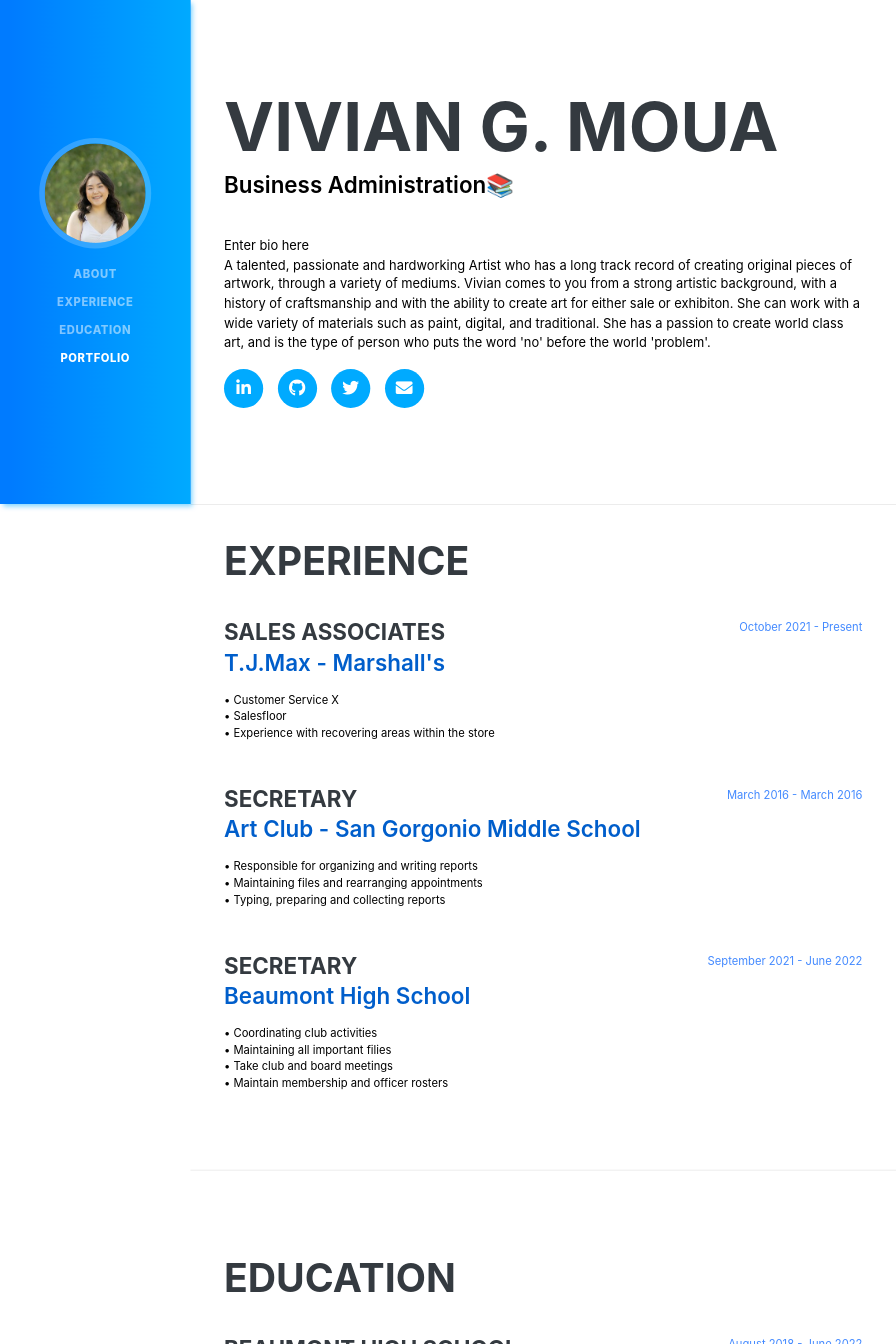
Repository: vmoua1129/vmoua1129-Resume
Page: LearnCS8-Resume/index.html
The author's editor kept a record of every edit. The page is drawn from the files as they stood at one moment, then again after the next edit.
The browser window is 1280 px wide. The pictures show the part of the page from y = 0 to 1920 px (the page is 3324 px tall), at 70% of full size.
Some web fonts or font styles are not loaded; a fallback is used.

Above is the page before.

### LearnCS8-Resume/index.html
<!DOCTYPE html>
<html lang="en">

<head>

  <meta charset='UTF-8'>
  <meta name="viewport" content="width=device-width, initial-scale=1, shrink-to-fit=no">
  <link rel="shortcut icon" href="img/favicon.ico">
  <meta name="description" content="Hello! My name is Vivian G. Moua, I am a First-Year Student at UC Riverside">
  <meta name="author" content="862365976">

  <title>Vivian G. Moua - Art</title>

  <!-- Bootstrap core CSS -->
  <link href="vendor/bootstrap/css/bootstrap.min.css" rel="stylesheet">

  <!-- Custom fonts for this template -->
  <link href="https://fonts.googleapis.com/css?family=Saira+Extra+Condensed:500,700" rel="stylesheet">
  <link href="https://fonts.googleapis.com/css?family=Muli:400,400i,800,800i" rel="stylesheet">
  <link href="vendor/fontawesome-free/css/all.min.css" rel="stylesheet">

  <!-- Custom styles for this template -->
  <link href="css/resume.min.css" rel="stylesheet">

</head>

<body id="page-top">
  <nav class="navbar navbar-expand-lg navbar-dark bg-primary fixed-top" id="sideNav">
    <a class="navbar-brand js-scroll-trigger" href="#page-top">
      <span class="d-block d-lg-none">John Doe</span>
      <span class="d-none d-lg-block">
        <img class="img-fluid img-profile rounded-circle mx-auto mb-2" src="img/VivianMoua.jpg.jpg" alt="Profile Picture">
      </span>
    </a>
    <button class="navbar-toggler" type="button" data-toggle="collapse" data-target="#navbarSupportedContent" aria-controls="navbarSupportedContent" aria-expanded="false" aria-label="Toggle navigation">
      <span class="navbar-toggler-icon"></span>
    </button>
    <div class="collapse navbar-collapse" id="navbarSupportedContent">
      <ul class="navbar-nav">
        <li class="nav-item">
          <a class="nav-link js-scroll-trigger" href="#about">About</a>
        </li>
        <li class="nav-item">
          <a class="nav-link js-scroll-trigger" href="#experience">Experience</a>
        </li>
        <li class="nav-item">
          <a class="nav-link js-scroll-trigger" href="#education">Education</a>
        </li>
        <li class="nav-item">
          <a class="nav-link js-scroll-trigger" href="#portfolio">Portfolio</a>
        </li>
      </ul>
    </div>
  </div>
  </nav>

  <div class="container-fluid p-0">

    <section class="resume-section p-3 p-lg-5 d-flex align-items-center" id="about">
      <div class="w-100">
        <h1 class="mb-3">Vivian G. Moua
        </h1>
        <div class="subheading mb-5">Business Administration📚</div>
        <p class="lead mb-4">Enter bio here<br>A talented, passionate and hardworking Artist who has a long track record of creating original pieces of artwork, through a variety of mediums. Vivian comes to you from a strong artistic background, with a history of craftsmanship and with the ability to create art for either sale or exhibiton. She can work with a wide variety of materials such as paint, digital, and traditional. She has a passion to create world class art, and is the type of person who puts the word 'no' before the world 'problem'.<br>

        </p>
        <div class="social-icons">
          <a target="_blank" id="socialicon-1" href="https://www.instagram.com/">
            <i class="fab fa-linkedin-in"></i>
          </a>
          <a target="_blank" id="socialicon-2" href="https://github.com/vmoua1129/vmoua1129-Resume">
            <i class="fab fa-github"></i>
          </a>
          <a target="_blank" id="socialicon-3" href="https://twitter.com">
            <i class="fab fa-twitter"></i>
          </a>
          <a target="_blank" id="socialicon-4" href="https://www.youtube.com/">
            <i class="fa fa-envelope"></i>
          </a>
        </div>
      </div>
    </section>

    <hr class="m-0">

    <section class="resume-section p-3 p-lg-5 d-flex justify-content-center" id="experience">
      <div class="w-100">
        <h2 class="mb-5">Experience</h2>

        <div class="resume-item d-flex flex-column flex-md-row justify-content-between mb-5 experience">
          <div class="resume-content">
            <h3 class="mb-0">Sales Associates</h3>
            <div class="subheading mb-3"><a target="_blank" href="https://www.marshalls.com/us/store/index.jsp">T.J.Max - Marshall's</a></div>
            <p>
              • Customer Service X<br>
              • Salesfloor<br>
              • Experience with recovering areas within the store<br>
            </p>
          </div>
          <div class="resume-date text-md-right">
            <span class="text-primary">October 2021 - Present</span>
          </div>
        </div>

        <div class="resume-item d-flex flex-column flex-md-row justify-content-between mb-5 experience">
          <div class="resume-content">
            <h3 class="mb-0">Secretary</h3>
            <div class="subheading mb-3"><a target="_blank" href="https://sgms.beaumontusd.us/">Art Club - San Gorgonio Middle School</a></div>
            <p>
              • Responsible for organizing and writing reports<br>
              • Maintaining files and rearranging appointments<br>
              • Typing, preparing and collecting reports<br>
            </p>
          </div>
          <div class="resume-date text-md-right">
            <span class="text-primary">March 2016 - March 2016</span>
          </div>
        </div>


        <div class="resume-item d-flex flex-column flex-md-row justify-content-between mb-5 experience">
          <div class="resume-content">
            <h3 class="mb-0">Secretary</h3>
            <div class="subheading mb-3"><a target="_blank" href="https://bhs.beaumontusd.us/">Beaumont High School</a></div>
            <p>
            • Coordinating club activities<br>
            • Maintaining all important filies<br>
            • Take club and board meetings<br>
            • Maintain membership and officer rosters<br>

          </p>
          </div>
          <div class="resume-date text-md-right">
            <span class="text-primary">September 2021 - June 2022</span>
          </div>
        </div>



      </div>

    </section>

    <hr class="m-0">

    <section class="resume-section p-3 p-lg-5 d-flex align-items-center" id="education">
      <div class="w-100">
        <h2 class="mb-5">Education</h2>

        <div class="resume-item d-flex flex-column flex-md-row justify-content-between mb-5 education">
          <div class="resume-content">
            <h3 class="mb-0">Beaumont High School</h3>
            <div class="subheading mb-3">Secondary Diploma</div>
          </div>
          <div class="resume-date text-md-right">
            <span class="text-primary">August 2018 - June 2022</span>
          </div>
        </div>

        <div class="resume-item d-flex flex-column flex-md-row justify-content-between mb-5 education">
          <div class="resume-content">
            <h3 class="mb-0">University of California Riverside</h3>
            <div class="subheading mb-3">Art Major</div>
            <div>Animation & Cerramics</div>
          </div>
          <div class="resume-date text-md-right">
            <span class="text-primary">September 2022 - Present</span>
          </div>

      </div>
    </section>

    <hr class="m-0">

    <section class="resume-section p-1 p-lg-5 d-flex align-items-center" id="portfolio">
      <div class="w-100">
        <h2 class="mb-5">Portfolio</h1>
        <center>
            <img src="img/image1.jpeg" width="500px">
            <img src="img/image2.jpeg" width="500px"><br>
        </center>
      </div>
    </section>

    <hr class="m-0">
    <center>&copy; <script type="text/javascript">
  document.write(new Date().getFullYear());
  </script> Vivian G. Moua</center><br>
  </div>
  <!-- Bootstrap core JavaScript -->
  <script src="vendor/jquery/jquery.min.js"></script>
  <script src="vendor/bootstrap/js/bootstrap.bundle.min.js"></script>

  <!-- Plugin JavaScript -->
  <script src="vendor/jquery-easing/jquery.easing.min.js"></script>

  <!-- Custom scripts for this template -->
  <script src="js/resume.min.js"></script>
</body>
</html>

Loaded but not shown: vendor/bootstrap/css/bootstrap.min.css (library); vendor/fontawesome-free/css/all.min.css (library); css/resume.min.css (library); vendor/jquery/jquery.min.js (library); vendor/bootstrap/js/bootstrap.bundle.min.js (library); vendor/jquery-easing/jquery.easing.min.js (common file); js/resume.min.js (common file)

After the next edit:
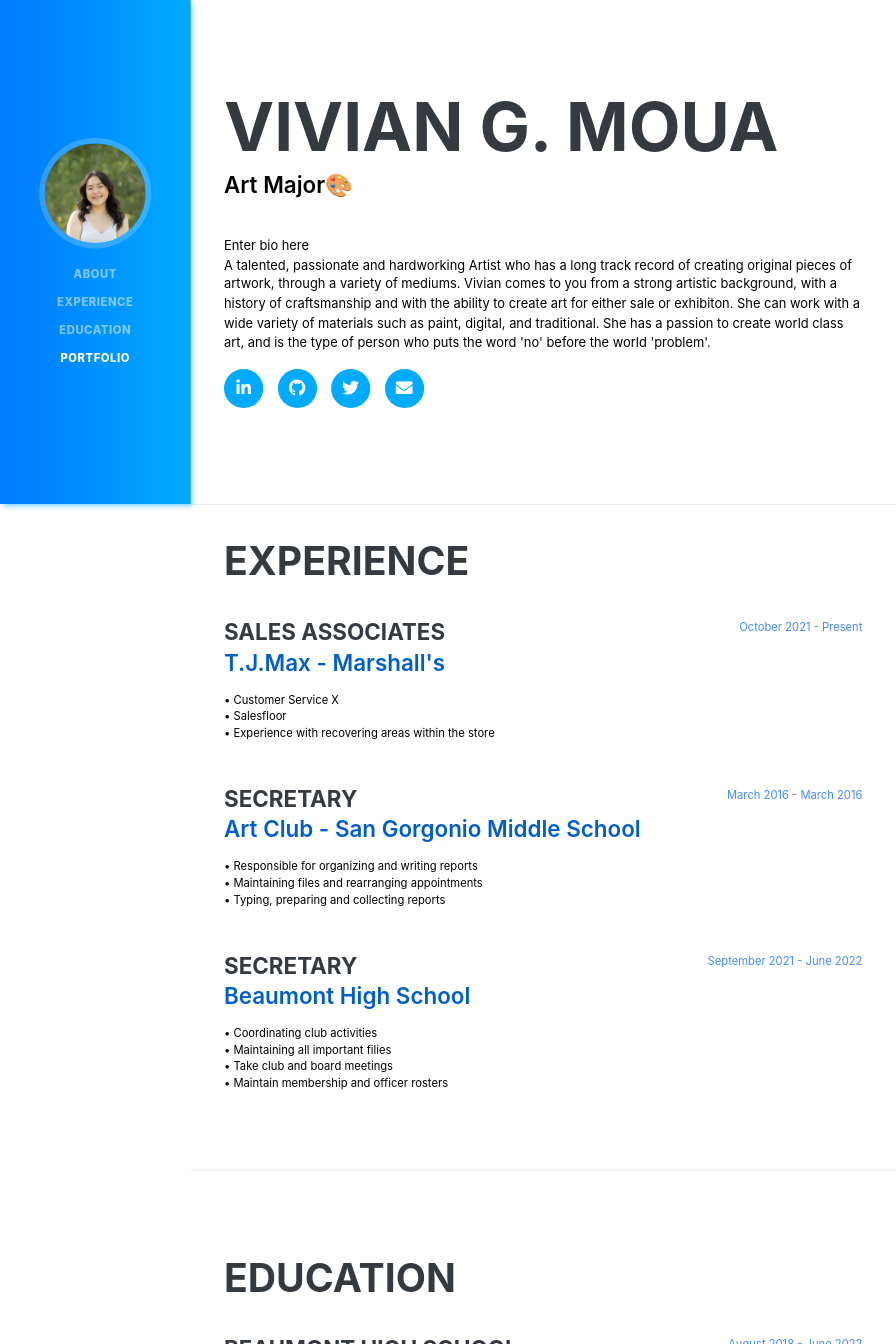
The edit:
--- a/LearnCS8-Resume/index.html
+++ b/LearnCS8-Resume/index.html
@@ -60,7 +60,7 @@
       <div class="w-100">
         <h1 class="mb-3">Vivian G. Moua
         </h1>
-        <div class="subheading mb-5">Business Administration📚</div>
+        <div class="subheading mb-5">Art Major🎨</div>
         <p class="lead mb-4">Enter bio here<br>A talented, passionate and hardworking Artist who has a long track record of creating original pieces of artwork, through a variety of mediums. Vivian comes to you from a strong artistic background, with a history of craftsmanship and with the ability to create art for either sale or exhibiton. She can work with a wide variety of materials such as paint, digital, and traditional. She has a passion to create world class art, and is the type of person who puts the word 'no' before the world 'problem'.<br>
 
         </p>
